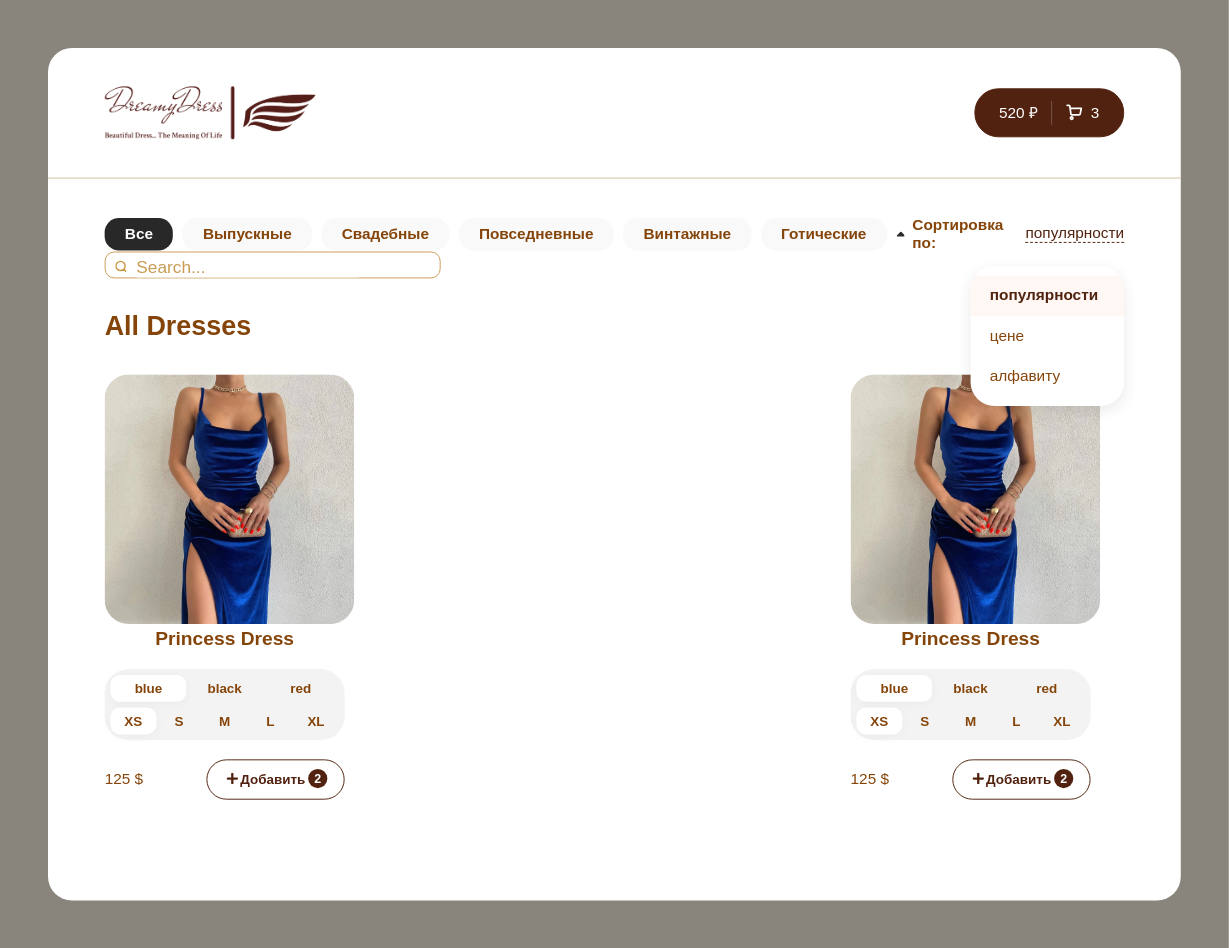
Repository: DisasterWoman/SPA-shop
Page: /
The author's editor kept a copy of each file at every save. The page is drawn from the files as they stood at one save, then again after a run of saves.
The browser window is 1280 px wide. The pictures show the whole page, at 96% of full size.
Some web fonts or font styles are not loaded; a fallback is used. The project was rebuilt for these pictures with package versions that can differ from the ones it lists, and the page was loaded fresh each time.

Above is the page before, as saved 2022-11-29 18:06:59.

After the next 2 saves:
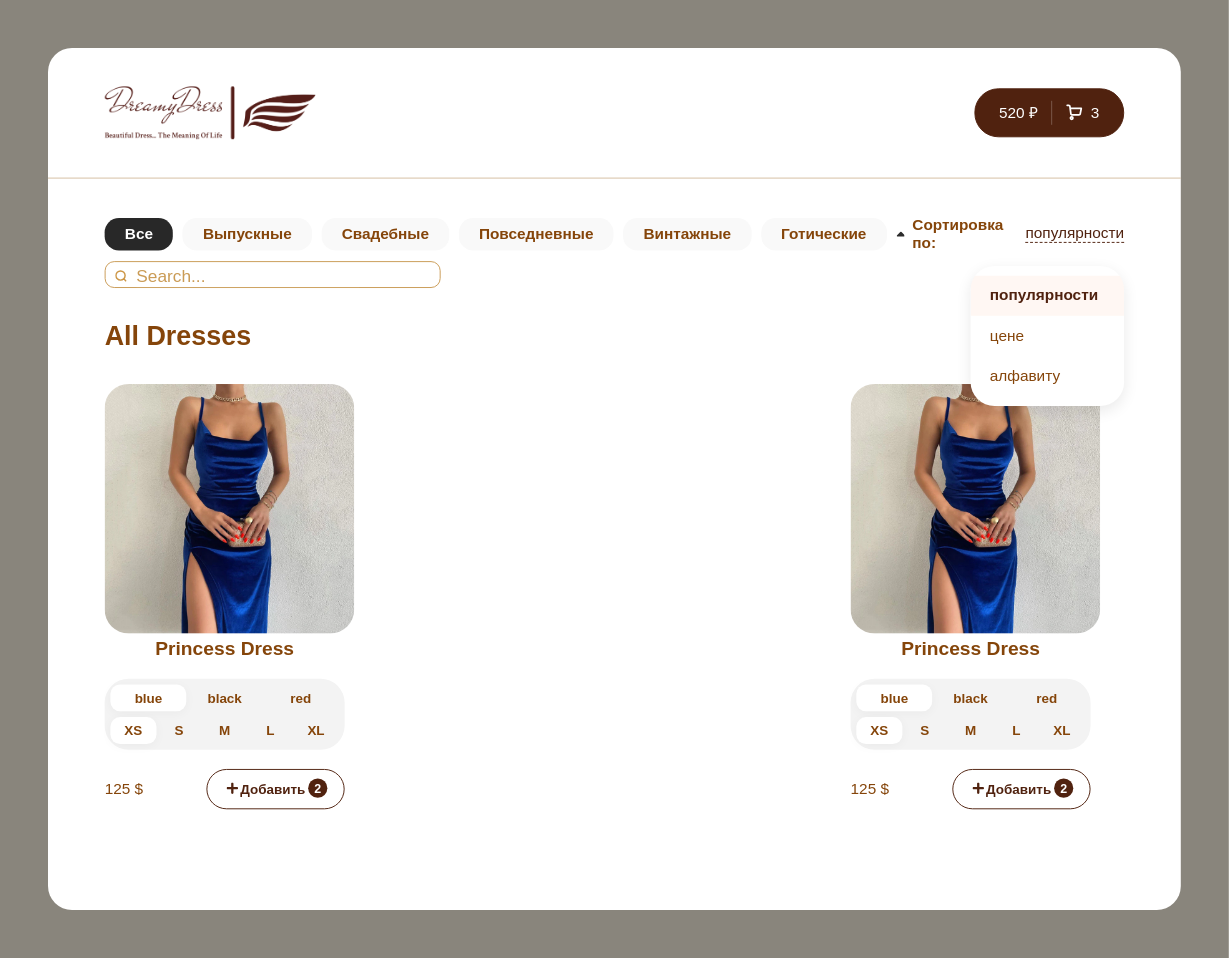
The 2 saves are shown as one change because they came seconds apart.
The last was saved 6 s later.
--- a/src/components/SearchBar/_searchBar.scss
+++ b/src/components/SearchBar/_searchBar.scss
@@ -2,7 +2,7 @@
 
 .search-bar{
    width: 350px;
-  margin-: 30px;
+  margin-top: 10px;
   border: 1px solid #CA9B55;
   border-radius: 10px;
   padding: 0 10px;
